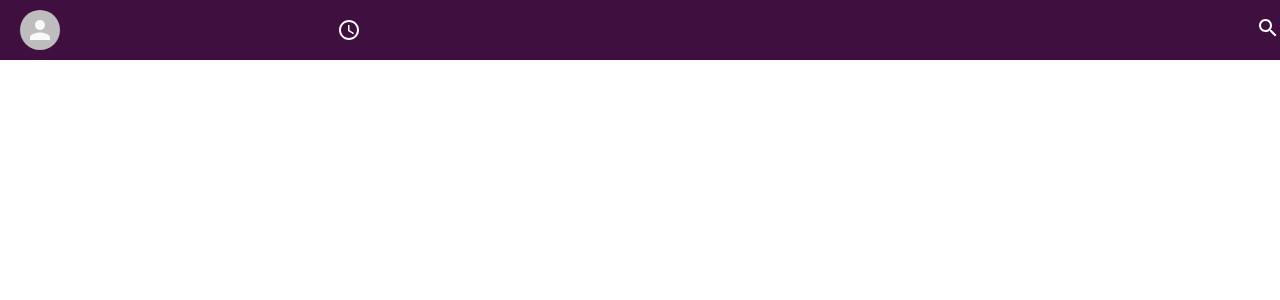
Repository: KrzysKolo/slackClone
Page: /
The author's editor kept a copy of each file at every save. The page is drawn from the files as they stood at one save, then again after the next save.
The browser window is 1280 px wide. The pictures show the whole page.
The project was rebuilt for these pictures with package versions that can differ from the ones it lists, and the page was loaded fresh each time. Also part of the build but not shown: src/App.css.

Above is the page before, as saved 2021-12-22 17:26:10.

After the next save:
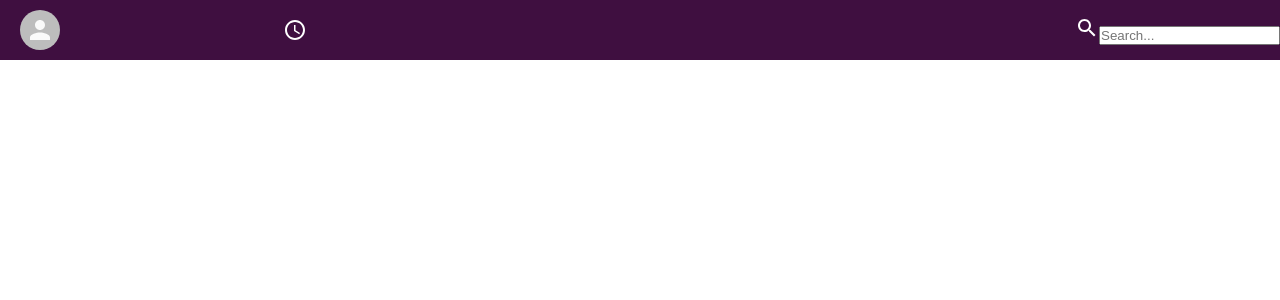
Saved 76 s later.
--- a/src/components/Header/Header.js
+++ b/src/components/Header/Header.js
@@ -16,6 +16,7 @@ const Header = () => {
       {/*  Header Search */}
       <HeaderSearch>
         <SearchIcon />
+        <input placeholder='Search...' />
       </HeaderSearch>
       {/*  Header Right */}
     </HeaderContainer>
